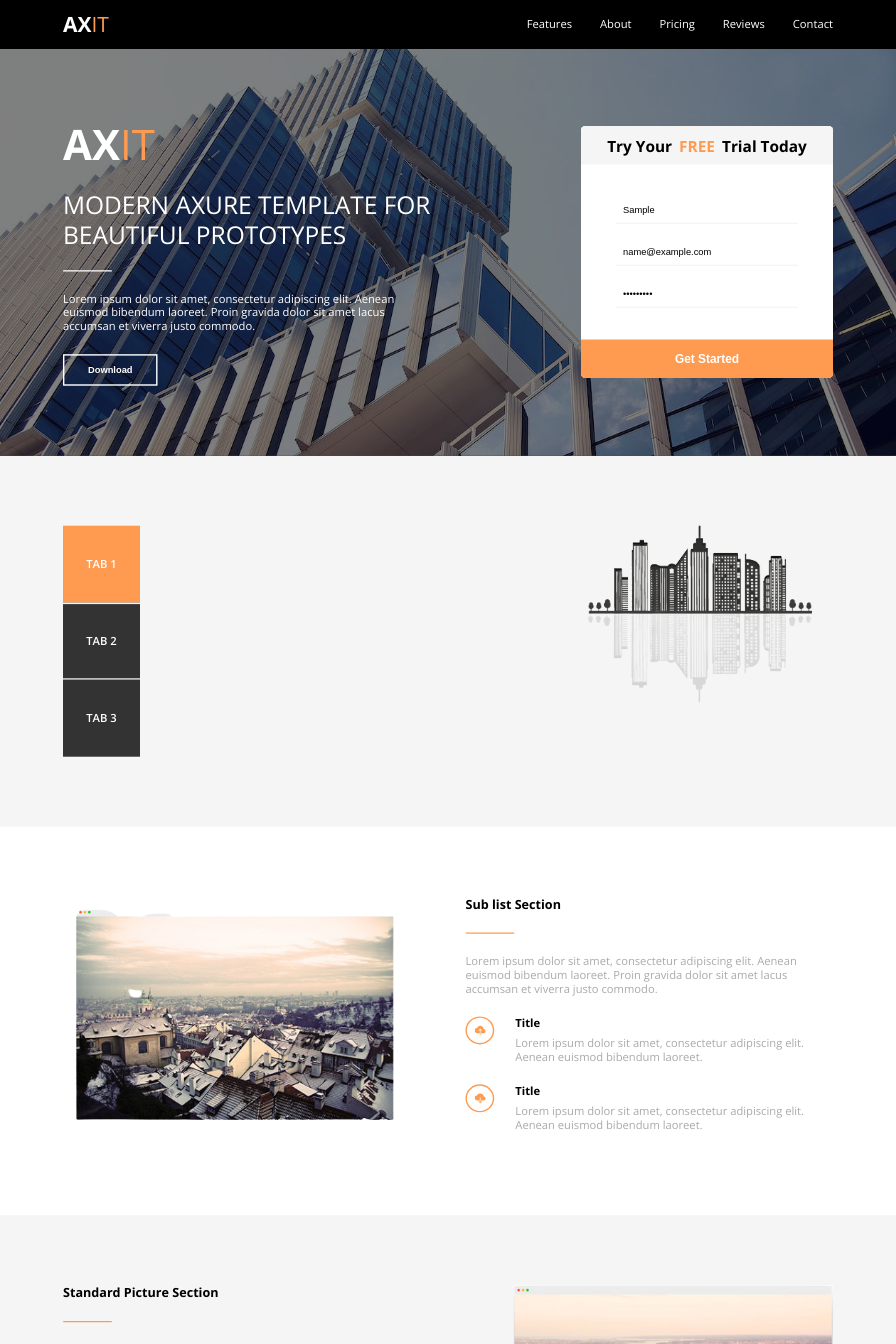
Repository: dinhtri123/axureThems
Page: index.html
These files come from the project's save history. The page is drawn as it stood at one moment and after the next save; the edit follows.
The browser window is 1280 px wide. The pictures show the part of the page from y = 0 to 1920 px (the page is 3894 px tall), at 70% of full size.
Empty fields were first filled with sample values (such as "Sample", 5 or name@example.com).
After loading, the first visible `span.tabs` was clicked once.

Above is the page before, as saved 2023-02-11 17:41:44.
Console error: TypeError: Cannot read properties of undefined (reading 'style')

After the next save:
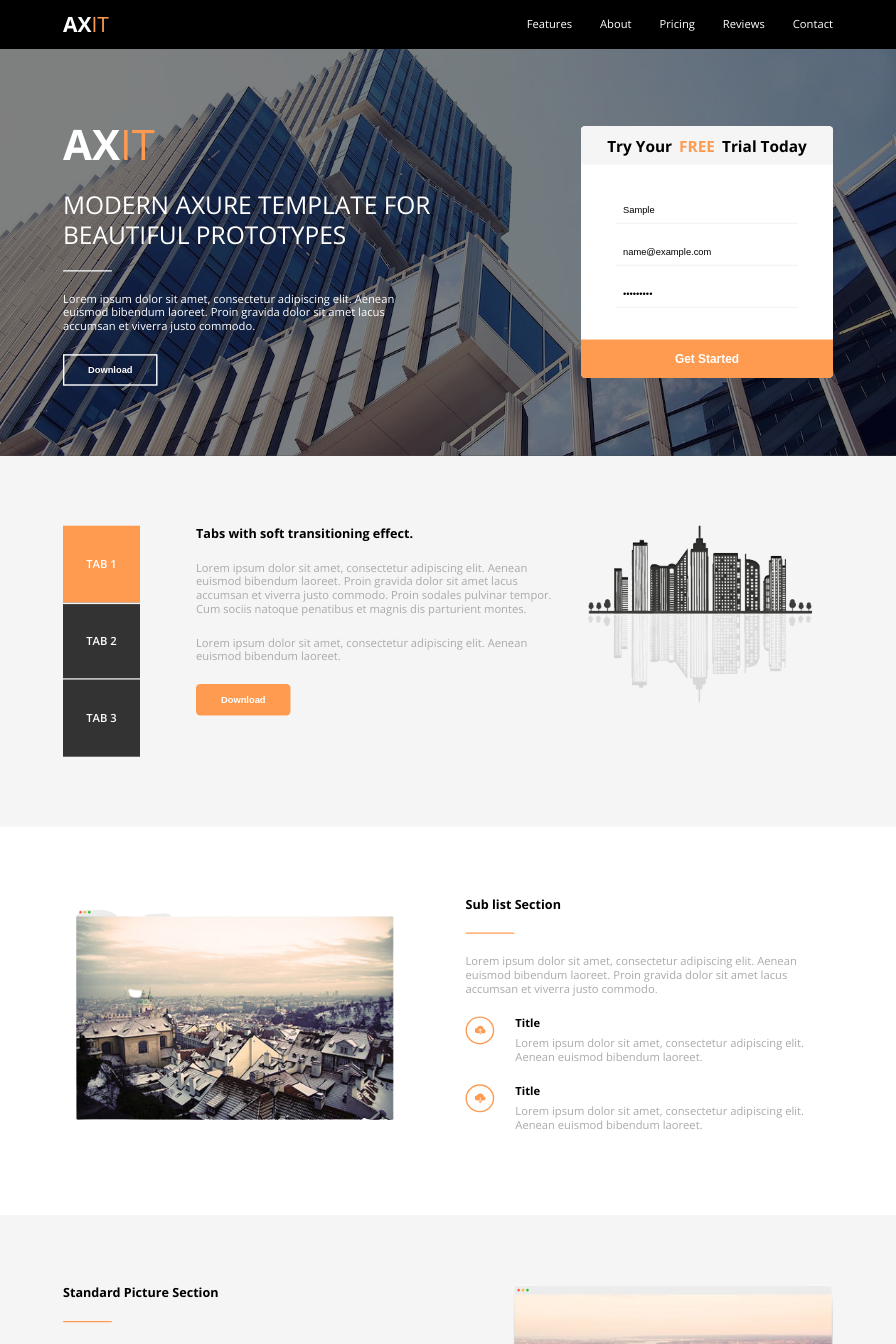
Console error: SyntaxError: Identifier 'content' has already been declared
Saved 24 s later.
--- a/index.js
+++ b/index.js
@@ -16,7 +16,7 @@
 
 function showTab(content) {
   const tabs = document.querySelectorAll(".tabs");
-  const tabsContent = document.querySelectorAll(".tabsContent");
+  const content = document.querySelectorAll(".tabsContent");
   for (let i = 0; tabsContent.length; i++) {
     tabsContent[i].style.display = "none";
   }

After the save that followed:
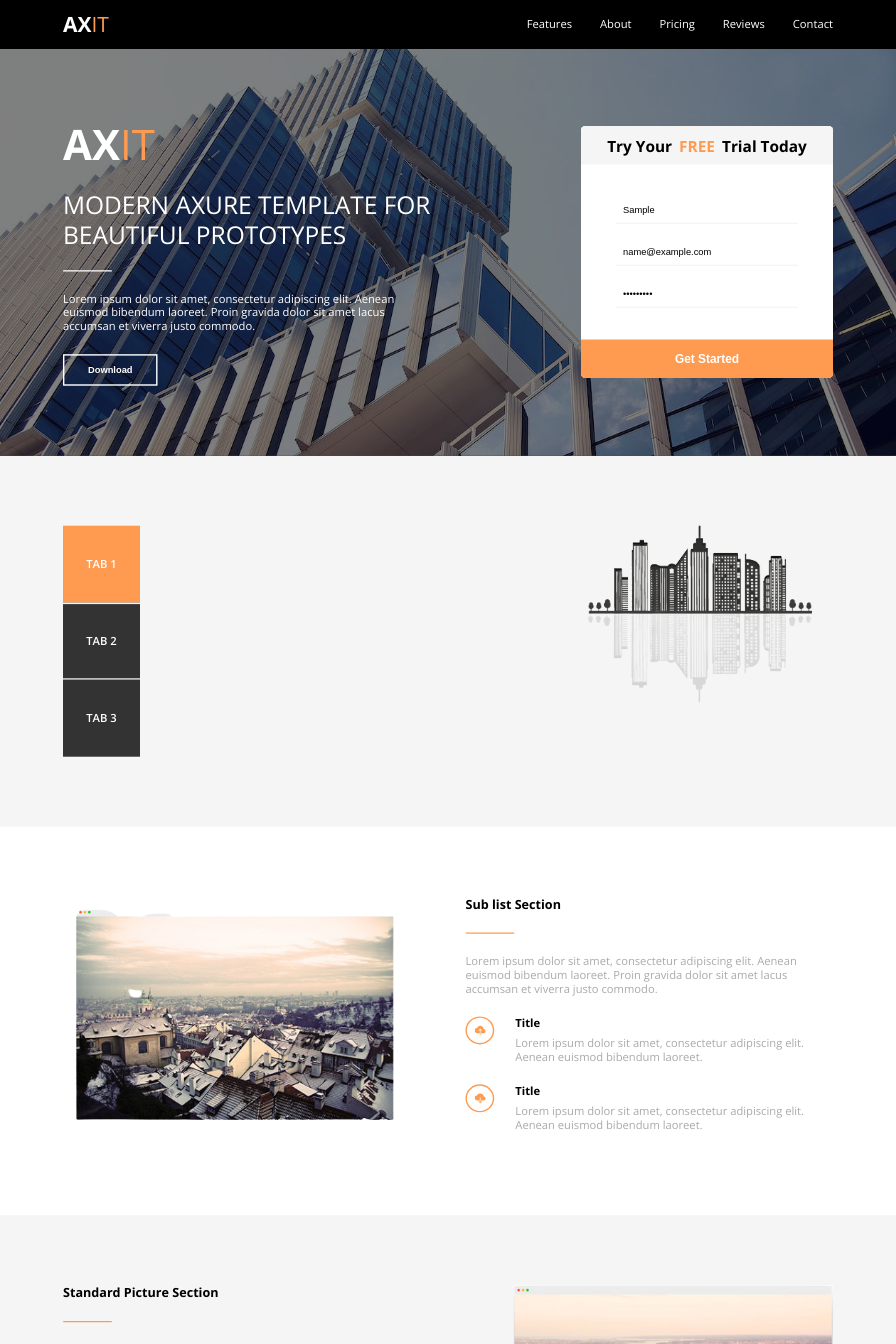
Console error: TypeError: Cannot read properties of undefined (reading 'style')
Saved 4 s later.
--- a/index.js
+++ b/index.js
@@ -16,7 +16,7 @@
 
 function showTab(content) {
   const tabs = document.querySelectorAll(".tabs");
-  const content = document.querySelectorAll(".tabsContent");
+  const tabsContent = document.querySelectorAll(".tabsContent");
   for (let i = 0; tabsContent.length; i++) {
     tabsContent[i].style.display = "none";
   }
